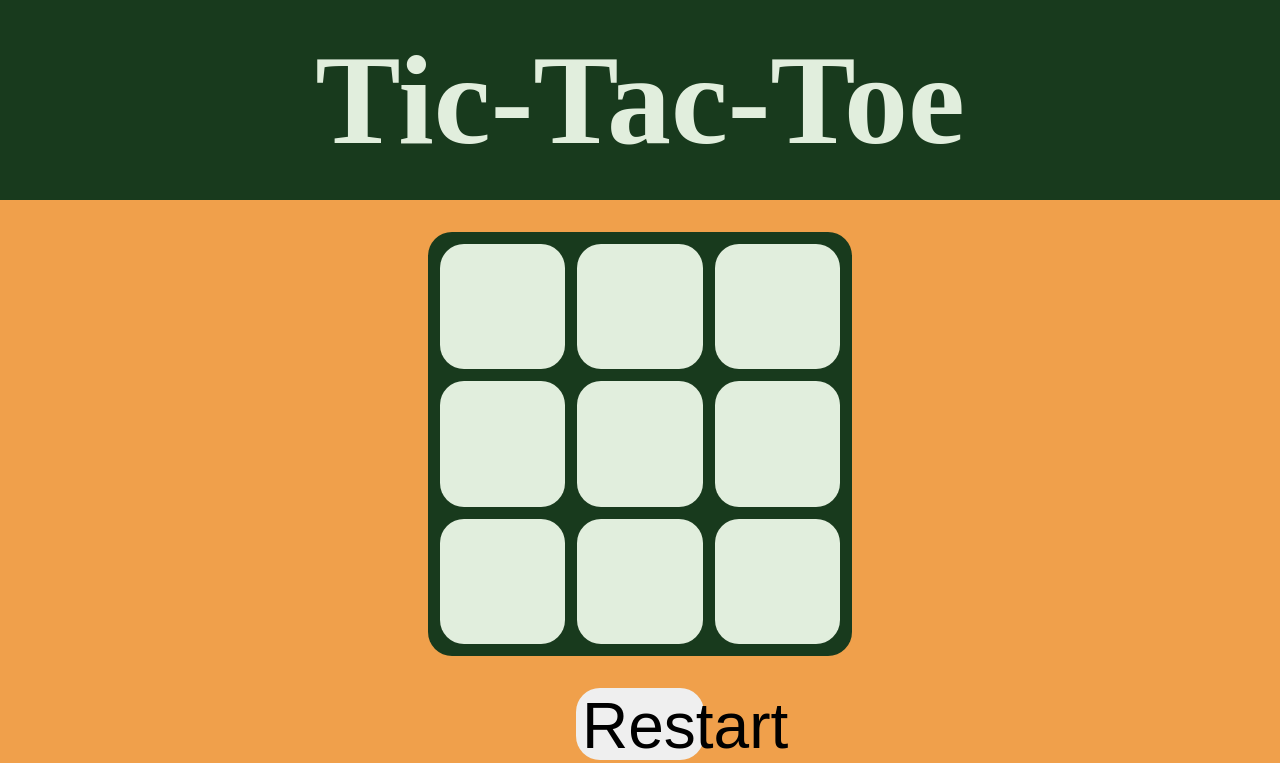
Repository: yeetzpxoci/tic-tac-toe
Page: index.html
The author's editor kept a copy of each file at every save. The page is drawn from the files as they stood at one save, then again after the next save.
The browser window is 1280 px wide. The pictures show the whole page.

Above is the page before, as saved 2023-02-23 18:46:43.

After the next save:
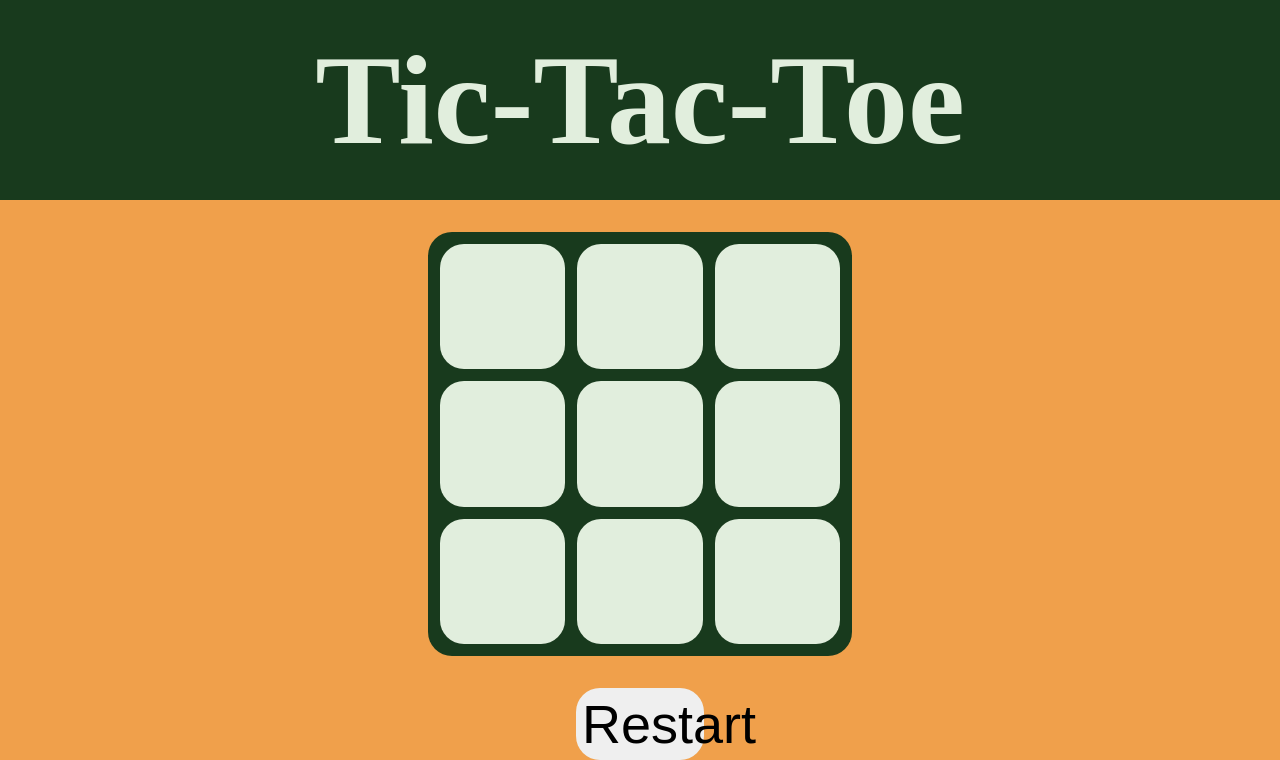
Saved 5 s later.
--- a/styles.css
+++ b/styles.css
@@ -57,5 +57,5 @@ body {
     height: 72px;
     border-radius: 24px;
     border-width: 0px;
-    font-size: 64px;
+    font-size: 54px;
 }
